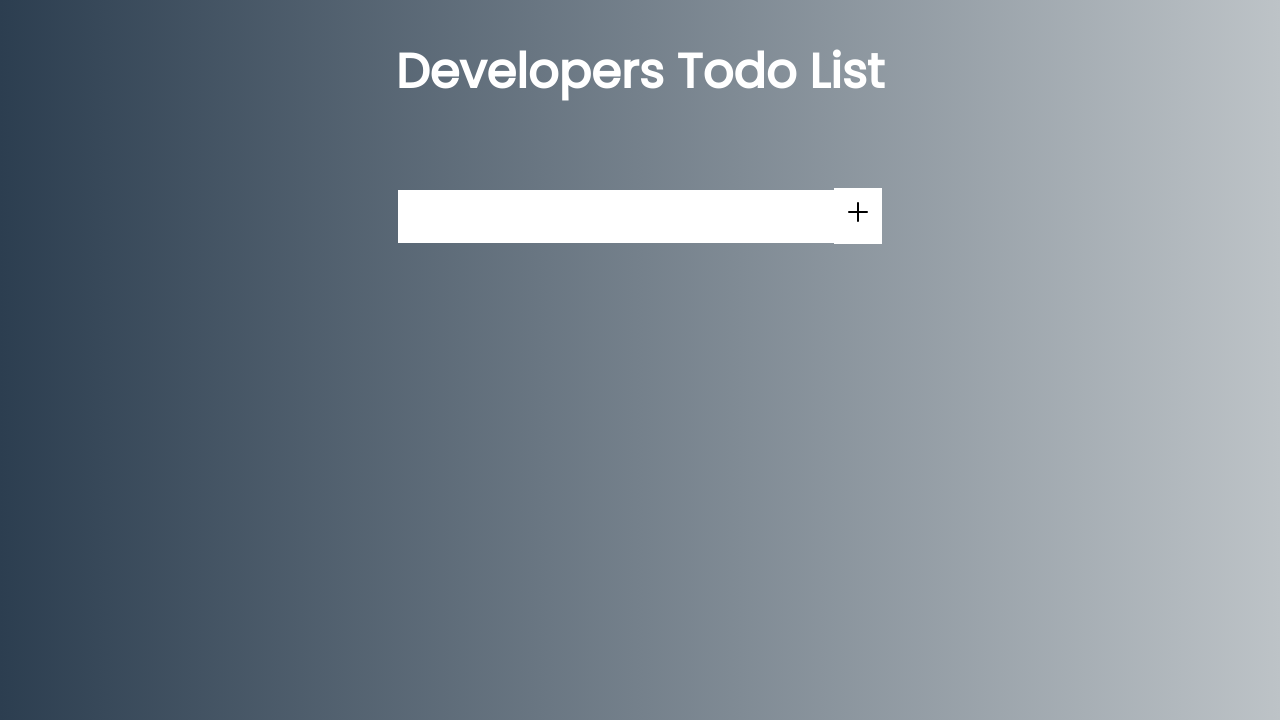
Repository: DevAntonioRogers/Vanilla-TodoList
Page: index.html
An editor plug-in stored every save of this project. The page is shown before and after the next save, followed by the edit.
The browser window is 1280 px wide. The pictures show the whole page.

Above is the page before, as saved 2023-05-12 00:22:41.

After the next save:
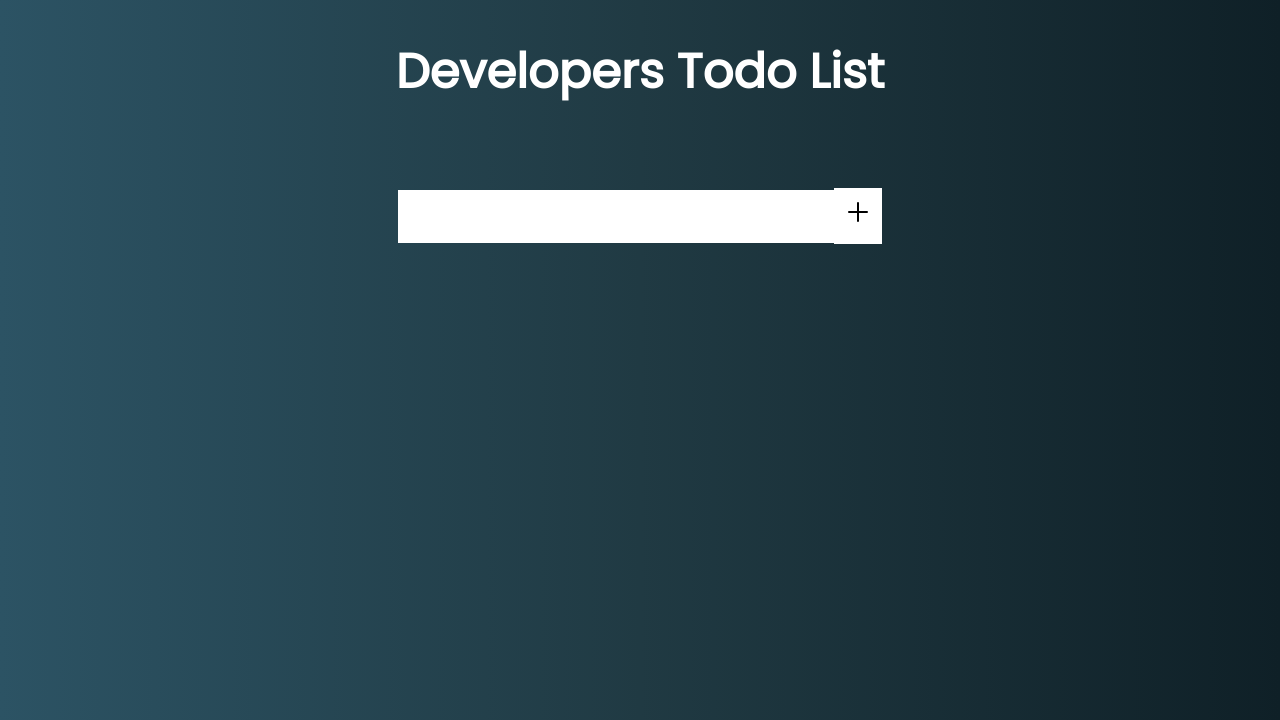
Saved 65 s later.
--- a/style.css
+++ b/style.css
@@ -5,12 +5,13 @@
 }
 
 body {
-  background: #bdc3c7; /* fallback for old browsers */
-  background: -webkit-linear-gradient(to right, #2c3e50, #bdc3c7); /* Chrome 10-25, Safari 5.1-6 */
+  background: #0f2027; /* fallback for old browsers */
+  background: -webkit-linear-gradient(to right, #2c5364, #203a43, #0f2027); /* Chrome 10-25, Safari 5.1-6 */
   background: linear-gradient(
     to right,
-    #2c3e50,
-    #bdc3c7
+    #2c5364,
+    #203a43,
+    #0f2027
   ); /* W3C, IE 10+/ Edge, Firefox 16+, Chrome 26+, Opera 12+, Safari 7+ */
 
   color: white;
